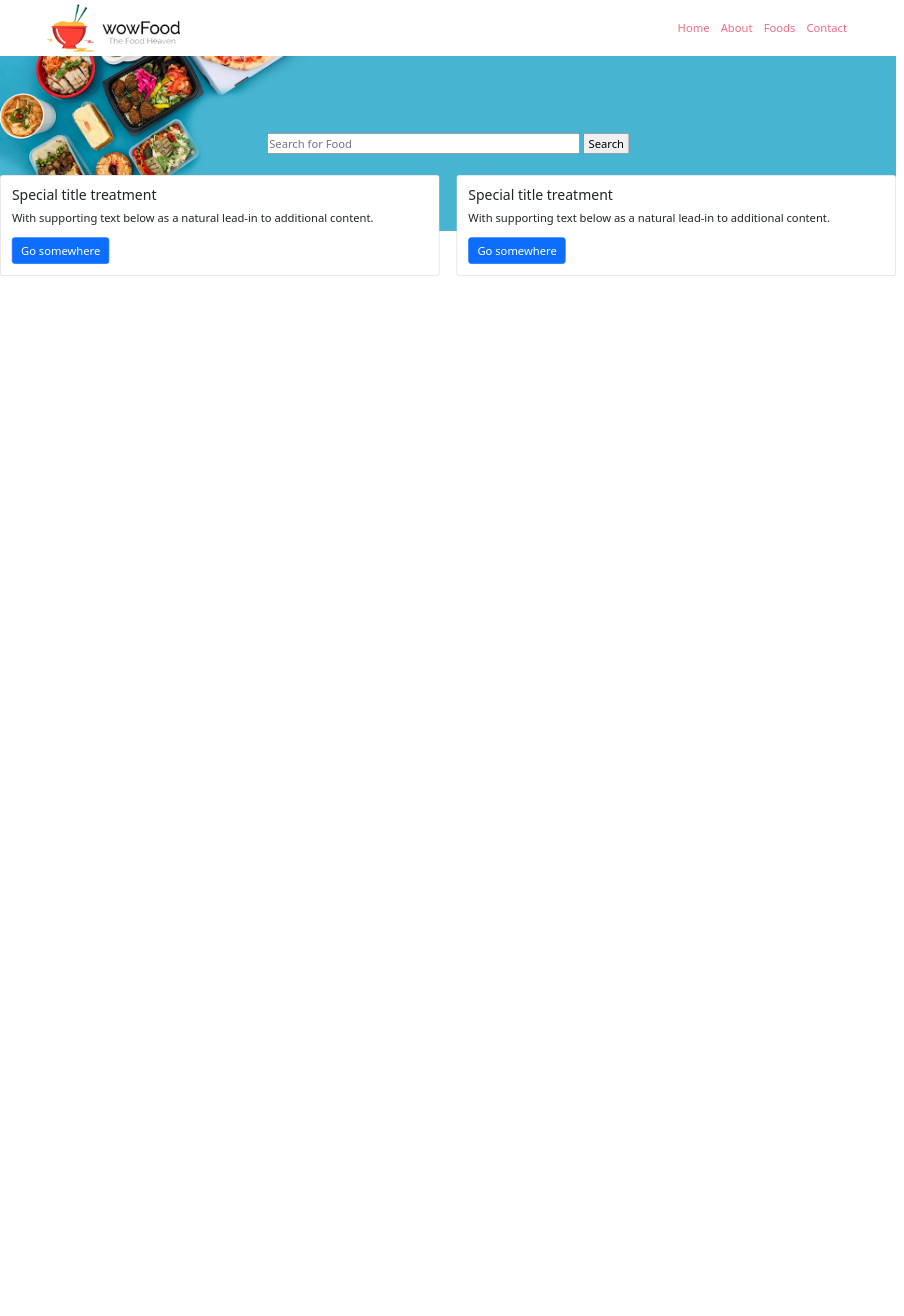
Repository: ruaruababa/RestaurantBS5
Page: html/index.html
An editor plug-in stored every save of this project. The page is shown before and after the next save, followed by the edit.
The browser window is 1280 px wide. The page is 1292 px wide, so the pictures cover 1292 px, including what lies to the right of the window. The pictures show the part of the page from y = 0 to 1880 px (the page is 3000 px tall), at 70% of full size.

Above is the page before, as saved 2021-09-25 17:02:22.

After the next save:
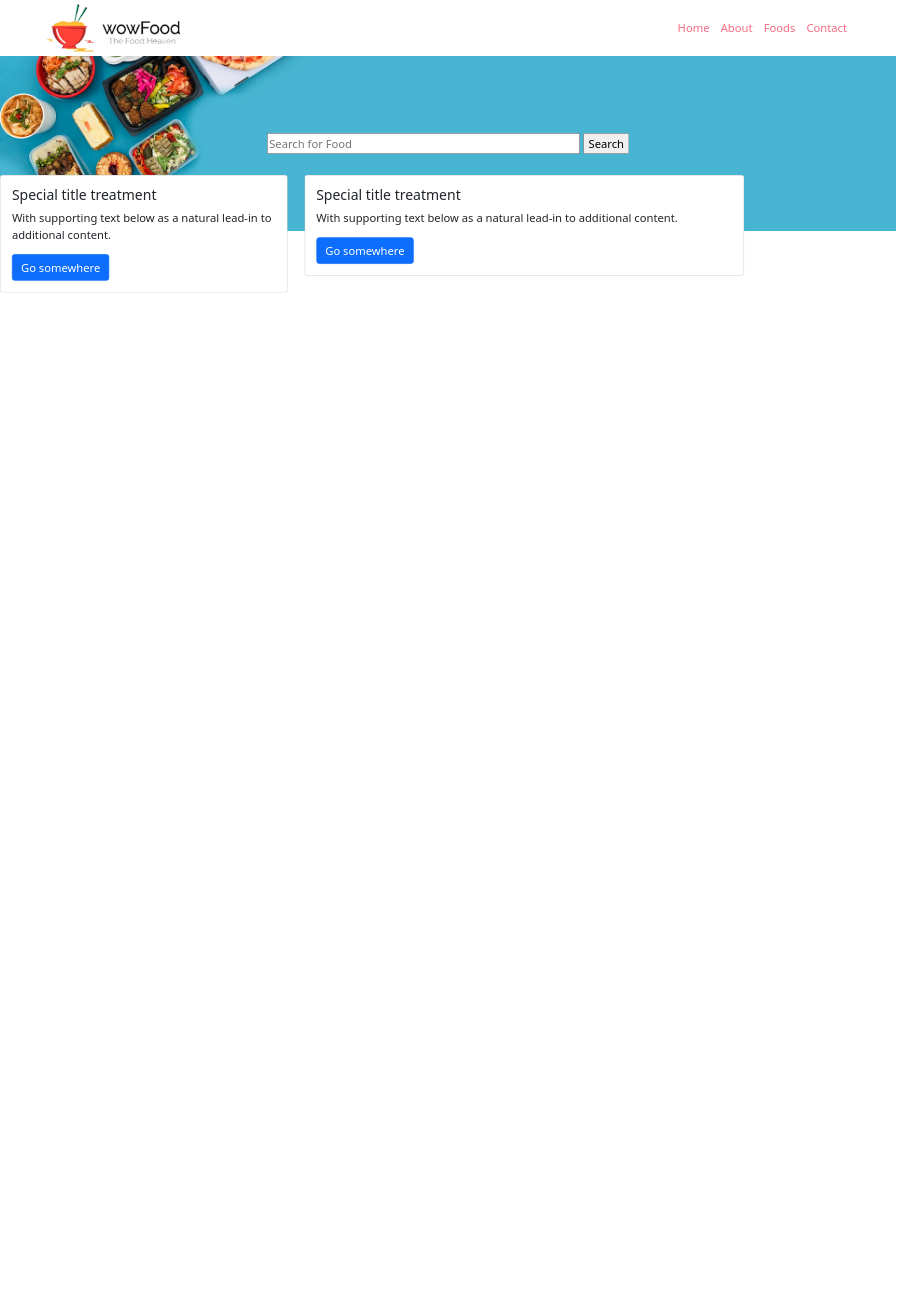
Saved 16 s later.
--- a/html/index.html
+++ b/html/index.html
@@ -60,7 +60,7 @@
 
     <section>
         <div class="row">
-            <div class="col-sm-6">
+            <div class="col-sm-4">
                 <div class="card">
                     <div class="card-body">
                         <h5 class="card-title">Special title treatment</h5>
